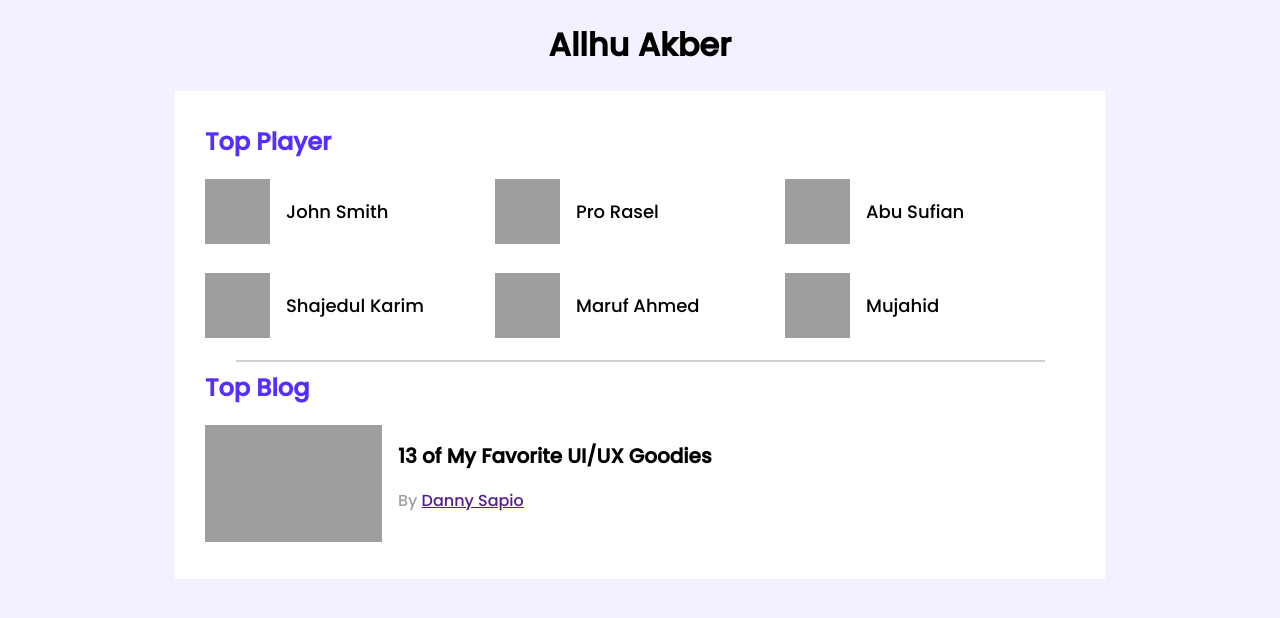
Repository: zjria/leader-board
Page: index.html
The author's editor kept a copy of each file at every save. The page is drawn from the files as they stood at one save, then again after the next save.
The browser window is 1280 px wide. The pictures show the whole page.
Pictures or frames that could not be fetched are drawn as grey boxes.

Above is the page before, as saved 2022-09-04 08:22:54.

### index.html
<!DOCTYPE html>
<html lang="en">

<head>
    <meta charset="UTF-8">
    <meta http-equiv="X-UA-Compatible" content="IE=edge">
    <meta name="viewport" content="width=device-width, initial-scale=1.0">
    <title>leader-board</title>
    <!-- Custom CSS -->
    <link rel="stylesheet" href="/style/style.css">
</head>

<body>
    <h1>Allhu Akber</h1>
    <!-- Header Section -->
    <header>

    </header>
    <!-- Main Section -->
    <main>
        <section class="container">
            <div class="top-players">
                <h2 class="section-title">Top Player</h2>
                <div class="players">
                    <div class="player">
                        <img src="images/players/player-1.png" alt="">
                        <h3 class="name-title">John Smith</h3>
                    </div>
                    <div class="player">
                        <img src="images/players/player-2.png" alt="">
                        <h3 class="name-title">Pro Rasel</h3>
                    </div>
                    <div class="player">
                        <img src="images/players/player-3.png" alt="">
                        <h3 class="name-title">Abu Sufian</h3>
                    </div>
                    <div class="player">
                        <img src="images/players/player-4.png" alt="">
                        <h3 class="name-title">Shajedul Karim</h3>
                    </div>
                    <div class="player">
                        <img src="images/players/player-5.png" alt="">
                        <h3 class="name-title">Maruf Ahmed</h3>
                    </div>
                    <div class="player">
                        <img src="images/players/player-6.png" alt="">
                        <h3 class="name-title">Mujahid</h3>
                    </div>
                </div>
            </div>
            <hr class="horigantal-line">

            <!-- Blog information -->
            <div class="blog-information">
                <h2 class="section-title">Top Blog</h2>
                <article class="blogs">
                    <div class="blog-thimble">
                        <img src="images/blogs/blog-1.png" alt="">
                    </div>
                    <div class="blog-contain">
                        <h2>13 of My Favorite UI/UX Goodies</h2>
                        <p class="blog-auther">By <a href="">Danny Sapio</a></p>
                    </div>
                </article>
            </div>

        </section>
    </main>
</body>

</html>

### style/style.css
/* Google Fonts */
@import url('https://fonts.googleapis.com/css2?family=Poppins:wght@500&family=Roboto:wght@100;300;400;500;700;900&display=swap');

h1 {
    display: flex;
    justify-content: center;
}

/* Commant CSS Utilitis */
body {
    border: 0px;
    margin: 0px;
    font-family: 'Poppins', sans-serif;
    /* font-family: 'Roboto', sans-serif; */
    background-color: #F3F1FF;
}

/* Top Players Section */
main {
    display: flex;
    justify-content: center;
}

.section-title {
    color: #562EFF;
    font-size: 24px;
}

.container {
    background-color: #FFFFFF;
    width: 870px;
    padding: 30px;
}

.top-players {
    /* padding: 30px; */
    margin-bottom: 22px;
}

h2.section-title {
    margin-top: 3px;
}

.players {
    display: grid;
    grid-template-columns: repeat(3, 1fr);
    grid-row-gap: 29px;
}

.player {
    display: flex;
    align-items: center;
}

.player img {
    width: 65px;
    height: 65px;
}

.name-title {
    margin-left: 16px;
    font-size: 18px;
    font-weight: normal;
}

.horigantal-line {
    border: 1px solid #D1D1D1;
    width: 807px;
}

/* blogs details information */
.blogs {
    display: flex;
}

.blogs .blog-thimble img {
    width: 177px;
    height: 117px;
    margin-right: 16px;
}

.blog-contain h2 {
    font-size: 20px;
}

.blog-contain .blog-auther {
    color: #9F9F9F;
    font-size: 16px;
}

After the next save:
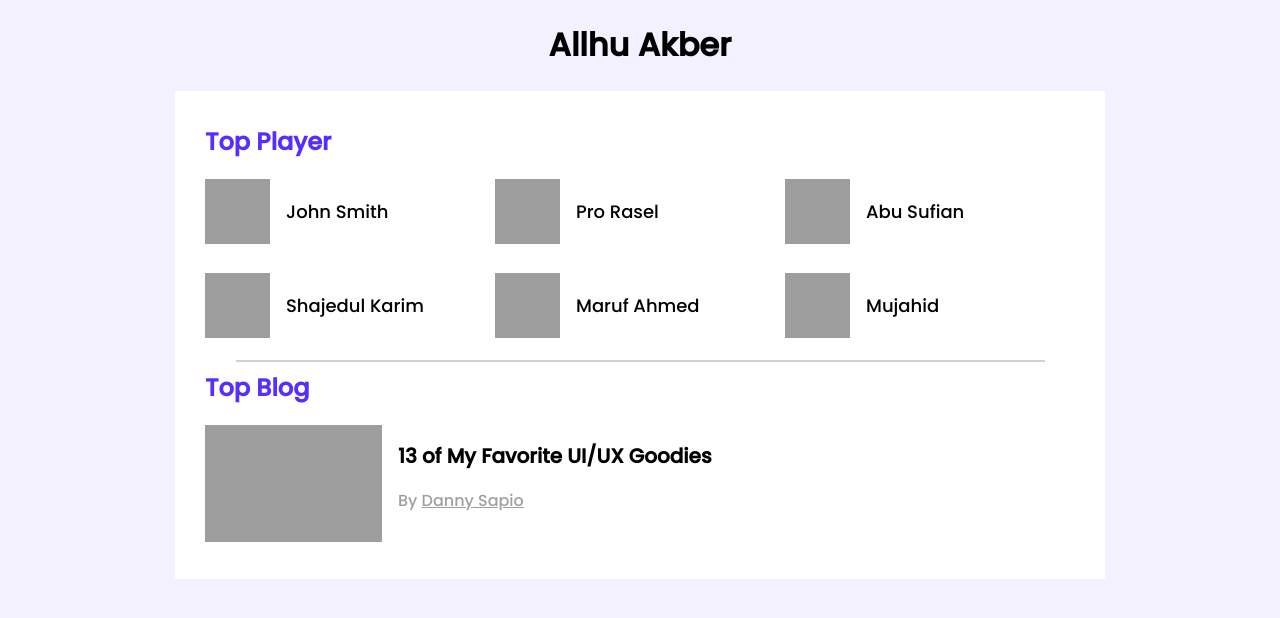
Saved 13 s later.
--- a/style/style.css
+++ b/style/style.css
@@ -87,3 +87,8 @@ h2.section-title {
     color: #9F9F9F;
     font-size: 16px;
 }
+
+.blog-contain .blog-auther a {
+    color: #9F9F9F;
+    font-size: 16px;
+}
